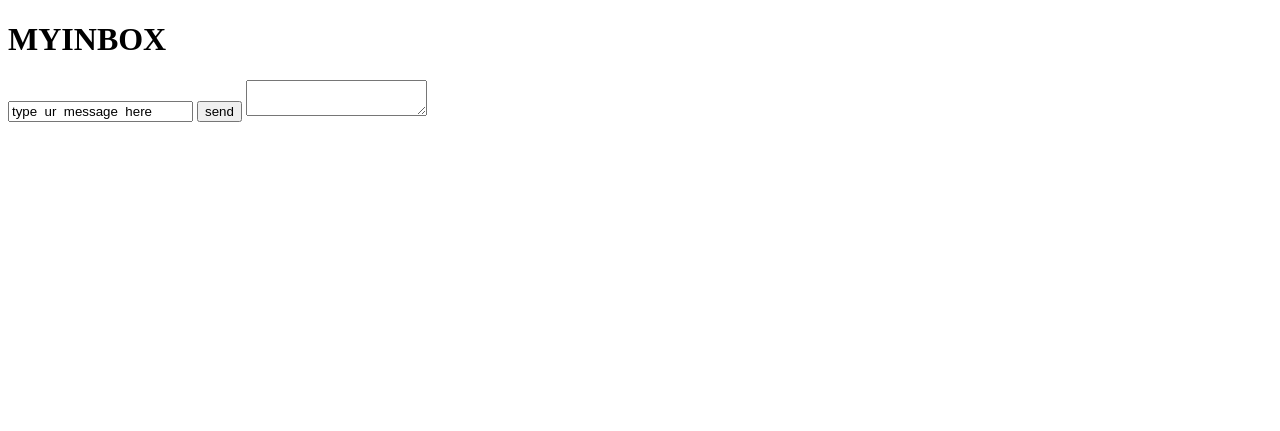
Repository: heenasalim/Java_Script
Page: Simplehtmldemo/WebContent/Messages.html
The author's editor kept a copy of each file at every save. The page is drawn from the files as they stood at one save, then again after the next save.
The browser window is 1280 px wide. The pictures show the whole page.

Above is the page before, as saved 2015-10-12 14:08:27.

After the next save:
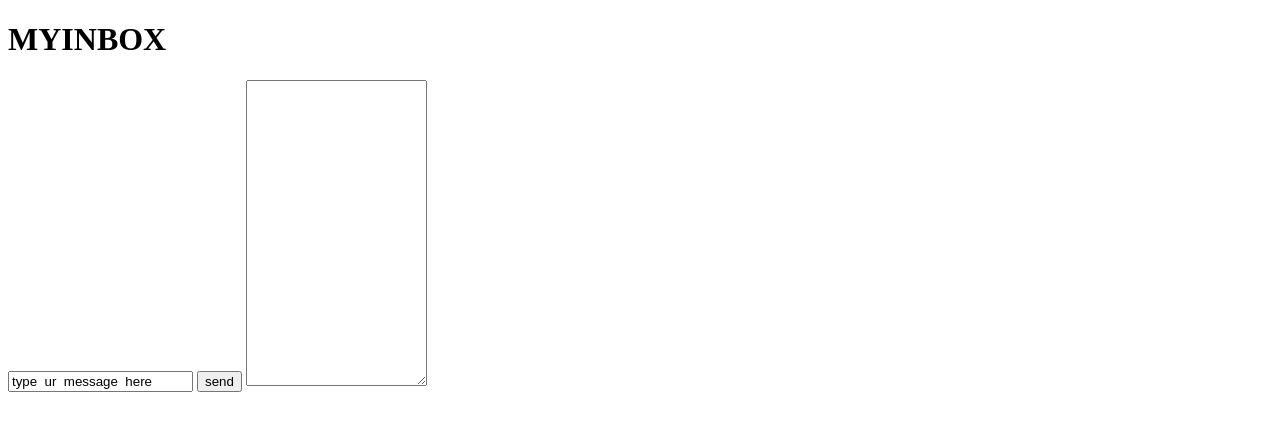
Saved 5 s later.
--- a/Simplehtmldemo/WebContent/Messages.html
+++ b/Simplehtmldemo/WebContent/Messages.html
@@ -9,7 +9,7 @@
 <h1>MYINBOX</h1>
 <input  type="text"  name="tess"  id="t" value="type  ur  message  here"/>
 <input  type="submit"    value="send">
-<textarea rows="" cols=""></textarea>
+<textarea rows="20" cols="20"></textarea>
 </form>
 </body>
 </html>
